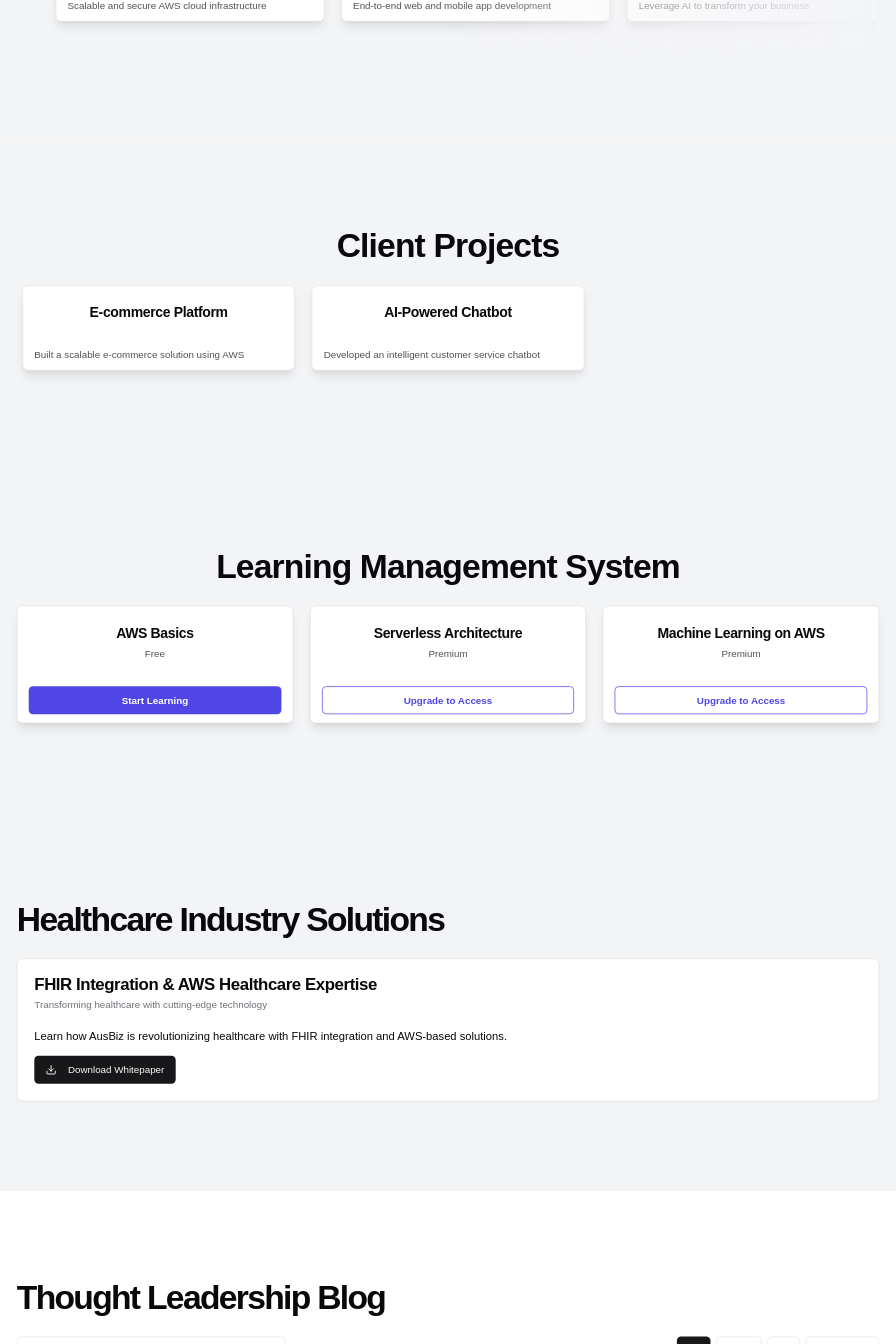
Repository: DiwanMalla/ausbizdemo1
Page: /
The author's editor kept a copy of each file at every save. The page is drawn from the files as they stood at one save, then again after the next save.
The browser window is 1280 px wide. The pictures show the part of the page from y = 1856 to 3776 px (the page is 5749 px tall), at 70% of full size.
The project was rebuilt for these pictures with package versions that can differ from the ones it lists, and the page was loaded fresh each time. The framework's server and built-in components were replaced by stand-ins that run in the browser. Also part of the build but not shown: next.config.ts.

Above is the page before, as saved 2024-11-09 18:42:35.

After the next save:
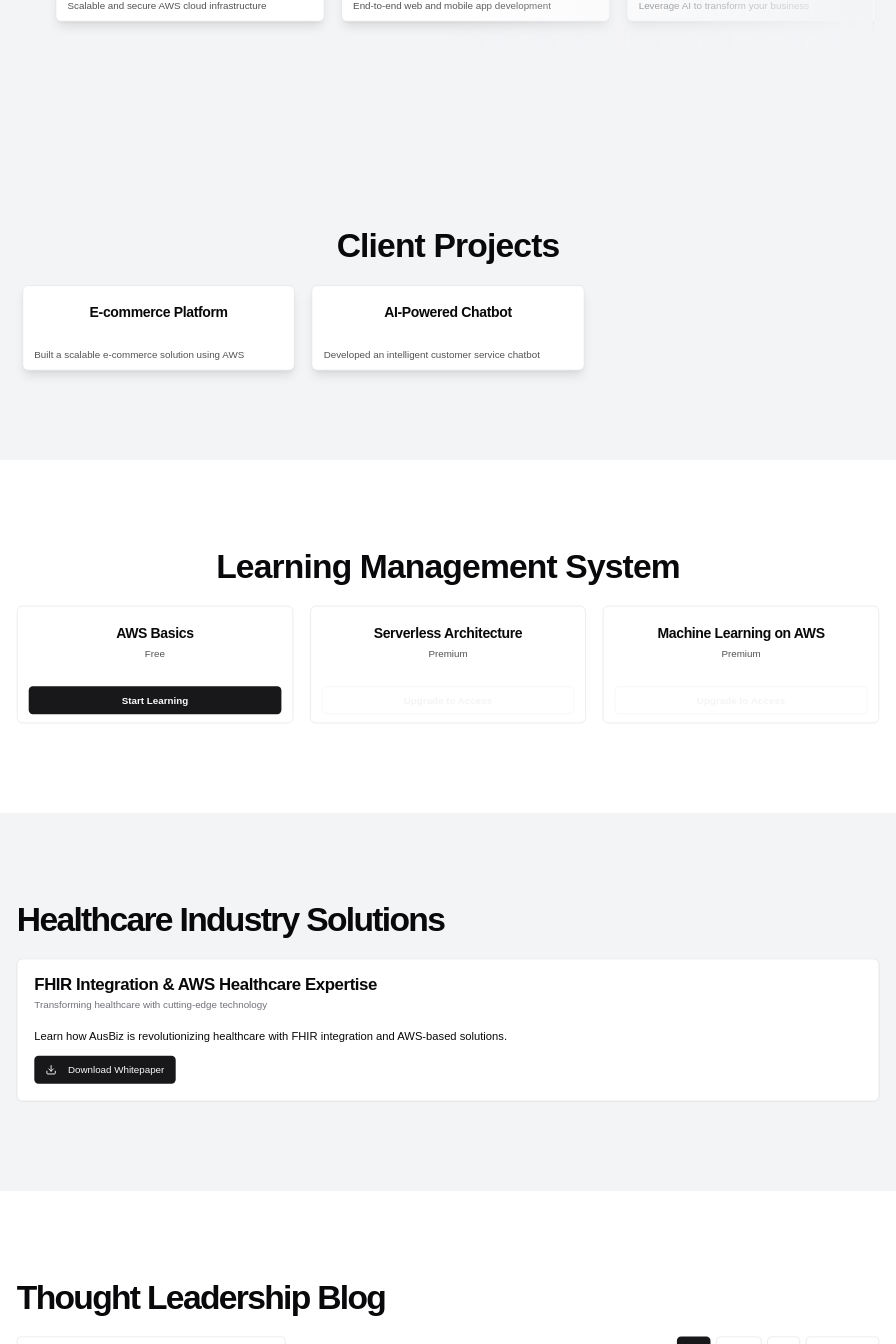
Saved 29 s later.
--- a/components/LMS.tsx
+++ b/components/LMS.tsx
@@ -16,7 +16,7 @@ const modules = [
 
 export default function LMSSection() {
   return (
-    <section className="w-full py-12 md:py-24 lg:py-32 bg-gray-100 dark:bg-gray-800">
+    <section className="w-full py-12 md:py-24 lg:py-32">
       <div className="container px-4 md:px-6">
         <h2 className="text-3xl font-bold tracking-tight sm:text-4xl md:text-5xl mb-8 text-center text-foreground">
           Learning Management System
@@ -25,10 +25,10 @@ export default function LMSSection() {
           {modules.map((module, index) => (
             <Card
               key={index}
-              className="cursor-pointer rounded-lg bg-white shadow-lg hover:shadow-xl transition-all duration-300 transform hover:scale-105"
+              className="cursor-pointer rounded-lg bg-card shadow-card hover:shadow-card-hover transition-all duration-300 transform hover:scale-105"
             >
               <CardHeader className="p-6 text-center">
-                <CardTitle className="text-xl font-semibold">
+                <CardTitle className="text-xl font-semibold text-foreground">
                   {module.title}
                 </CardTitle>
                 <CardDescription className="text-sm text-foreground/70">
@@ -40,8 +40,8 @@ export default function LMSSection() {
                   variant={module.free ? "default" : "outline"}
                   className={`${
                     module.free
-                      ? "bg-indigo-600 text-white hover:bg-indigo-700"
-                      : "border-indigo-600 text-indigo-600 hover:bg-indigo-50"
+                      ? "bg-primary text-primary-foreground hover:bg-primary/90"
+                      : "border-accent text-accent hover:bg-accent/10"
                   } w-full py-2 px-4 text-sm font-semibold transition-all duration-200`}
                 >
                   {module.free ? "Start Learning" : "Upgrade to Access"}
